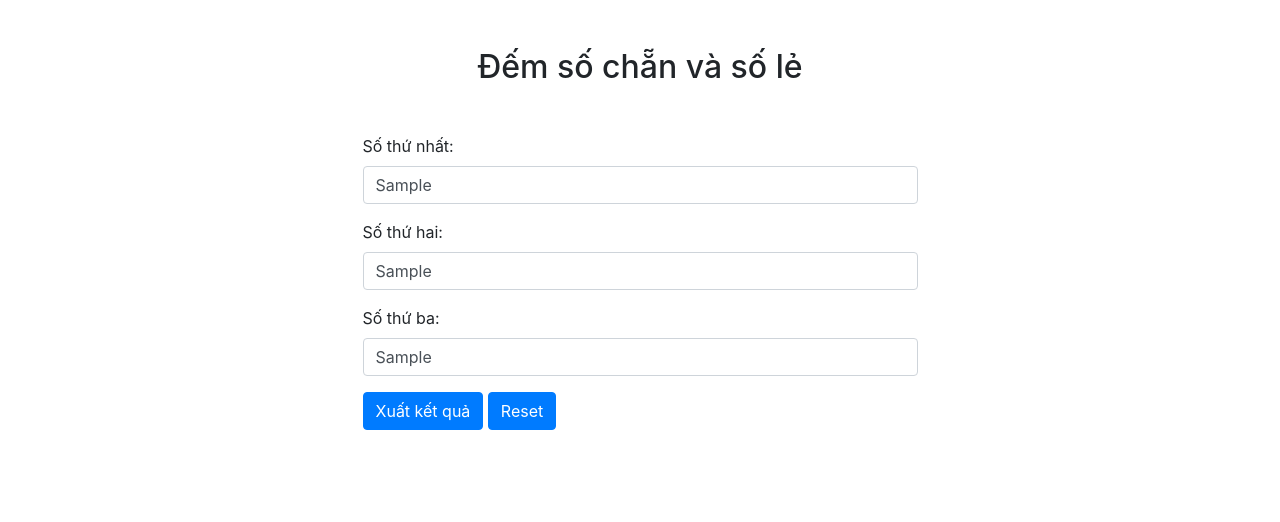
Repository: dovanthao2404/BC14_BaiTap_JS_Buoi_4_dovanthao
Page: html/bai3.html
These files come from the project's save history. The page is drawn as it stood at one moment and after the next save; the edit follows.
The browser window is 1280 px wide. The pictures show the whole page.
Empty fields were first filled with sample values (such as "Sample", 5 or name@example.com).
After loading, the first visible `#btnResult` was clicked once.

Above is the page before, as saved 2021-07-02 15:47:05.
Console error: ReferenceError: xuLyDemSoChanVaLe is not defined

After the next save:
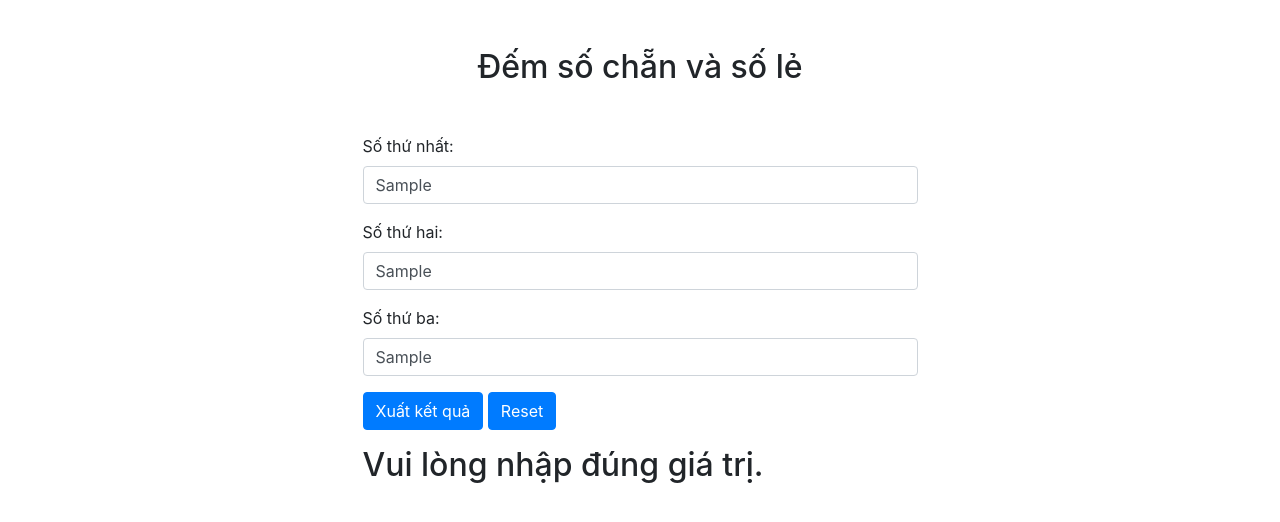
The error is gone.
Saved 9 s later.
--- a/js/bai3.js
+++ b/js/bai3.js
@@ -30,7 +30,7 @@ function handlerCountEvenAndOdd() {
 }
 
 document.getElementById('btnResult').addEventListener('click', function () {
-  var soChan = xuLyDemSoChanVaLe();
+  var soChan = handlerCountEvenAndOdd();
 
   if (soChan !== undefined) {
     var result = document.getElementById('result');
